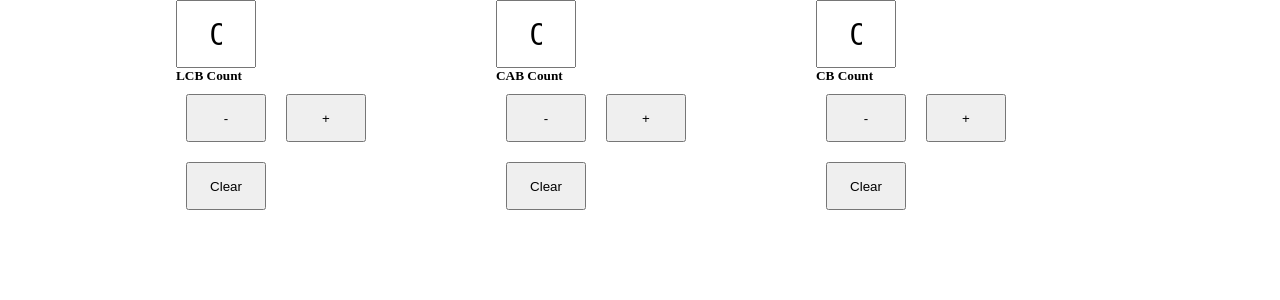
Repository: suraj-yadav7/SwitchWorkflow-Count-reactjs
Page: /
The author's editor kept a copy of each file at every save. The page is drawn from the files as they stood at one save, then again after the next save.
The browser window is 1280 px wide. The pictures show the whole page.
The project was rebuilt for these pictures with package versions that can differ from the ones it lists, and the page was loaded fresh each time.

Above is the page before, as saved 2023-04-17 18:23:25.

### src/App.js
import './App.css';
import TitleCount from './Components/TitleCount';

function App() {
  return (
    <>
    <TitleCount />
    </>
  );
}

export default App;

### src/App.css
*{
  margin: 0;
  padding: 0;
  box-sizing: border-box;
}

button{
  width: 5rem;
  margin: 10px;
  height: 3rem;
}

.container1{
  display:flex ;
  justify-content: center;
  align-items: center;
  gap: 2rem;
}
.card >input{
  width: 5rem;
  height: 3rem;
  font-size: 2rem;
  text-align: right;
padding: 2rem;
}

### src/Components/TitleCount.jsx
import React from 'react'
import { useState, useEffect } from 'react'
const TitleCount = () => {

    const [lcbCount, setLcbCount] = useState(parseInt(localStorage.getItem("lcbKey")) || 0)

    useEffect(()=>{
        localStorage.setItem("lcbKey", lcbCount)
    },[lcbCount])

    return (
        <>
        <nav>

        </nav>
            <div className="container1">
                <div class="card" style={{width: "18rem"}}>
                    <input type='text' name="lcbCount" value={lcbCount}/>
                    <div class="card-body">
                        <h5 class="card-title">LCB Count</h5>
                        <button onClick={()=>setLcbCount(val => (lcbCount>0 ? val-1: 0))}>-</button>
                        <button onClick={()=>setLcbCount(val => val+1)}>+</button>
                        <button onClick={()=>setLcbCount(0)}>Clear</button>
                    </div>
                </div>
                <div class="card" style={{width: "18rem"}}>
                    <input type='text' name="lcbCount" value={lcbCount}/>
                    <div class="card-body">
                        <h5 class="card-title">CAB Count</h5>
                        <button onClick={()=>setLcbCount(val => (lcbCount>0 ? val-1: 0))}>-</button>
                        <button onClick={()=>setLcbCount(val => val+1)}>+</button>
                        <button onClick={()=>setLcbCount(0)}>Clear</button>
                    </div>
                </div>
                <div class="card" style={{width: "18rem"}}>
                    <input type='text' name="lcbCount" value={lcbCount}/>
                    <div class="card-body">
                        <h5 class="card-title">CB Count</h5>
                        <button onClick={()=>setLcbCount(val => (lcbCount>0 ? val-1: 0))}>-</button>
                        <button onClick={()=>setLcbCount(val => val+1)}>+</button>
                        <button onClick={()=>setLcbCount(0)}>Clear</button>
                    </div>
                </div>
            </div>

        </>
    )
}

export default TitleCount

Loaded but not shown: src/index.js (common file)

After the next save:
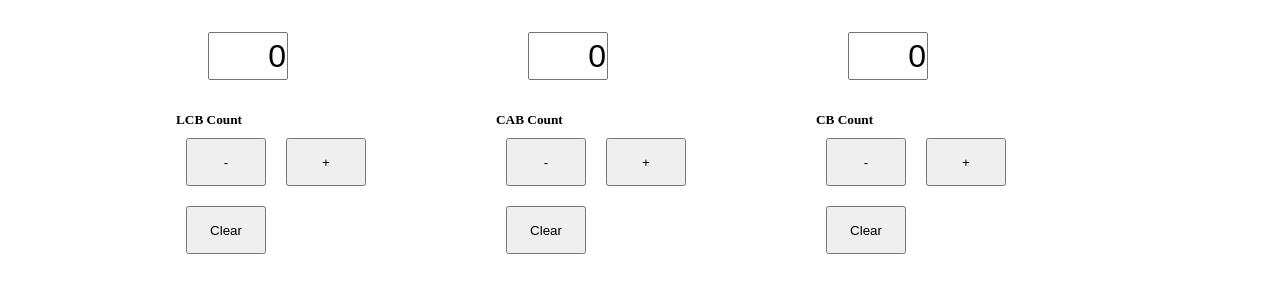
Saved 12 s later.
--- a/src/App.css
+++ b/src/App.css
@@ -21,5 +21,5 @@ button{
   height: 3rem;
   font-size: 2rem;
   text-align: right;
-padding: 2rem;
+margin: 2rem;
 }
